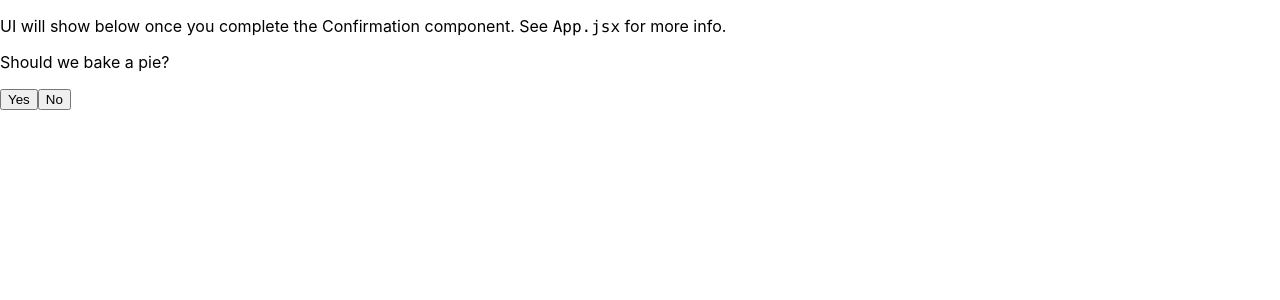
Repository: ahmadsaadkhan/wavesurfer-testproject
Page: /
The author's editor kept a copy of each file at every save. The page is drawn from the files as they stood at one save, then again after the next save.
The browser window is 1280 px wide. The pictures show the whole page.
The project was rebuilt for these pictures with package versions that can differ from the ones it lists, and the page was loaded fresh each time. Also part of the build but not shown: src/components/Notification.js.

Above is the page before, as saved 2022-02-19 18:30:22.

### src/index.css
body {
    margin: 0;
    font-family: -apple-system, BlinkMacSystemFont, 'Segoe UI', 'Roboto', 'Oxygen', 'Ubuntu', 'Cantarell', 'Fira Sans', 'Droid Sans', 'Helvetica Neue', sans-serif;
    -webkit-font-smoothing: antialiased;
    -moz-osx-font-smoothing: grayscale;
}

code {
    font-family: source-code-pro, Menlo, Monaco, Consolas, 'Courier New', monospace;
}

.container {
    margin: 12px;
}

### src/App.js
import React from "react";
import ReactDOM from "react-dom";
import Confirmation from "./components/Confirmation";

/* Changes made to this file will not affect your tests.
 * This file is used to control the behavior of the web preview.
*/
const App = props => (
  <div id="app">
    <p>
      UI will show below once you complete the Confirmation component. See <code>App.jsx</code> for more info.
    </p>
    <Confirmation
      message='Is the pie a lie?'
      type='message'
      accept={() =>
        console.log("accepted") // prints to browser console
      }
      decline={() => console.log("declined")}
    />
  </div>
);

export default App;

### src/components/confirmation.js
import React from "react";
import Notification from "./Notification";

const Confirmation = () => {
    return (
        <div class="alert alert-info">
            <p>Should we bake a pie?</p>
            <button class="btn btn-primary">Yes</button>
            <button class="btn btn-danger">No</button>
        </div>
    )
};

export default Confirmation;

Loaded but not shown: public/index.html (common file); src/index.js (common file)

After the next save:
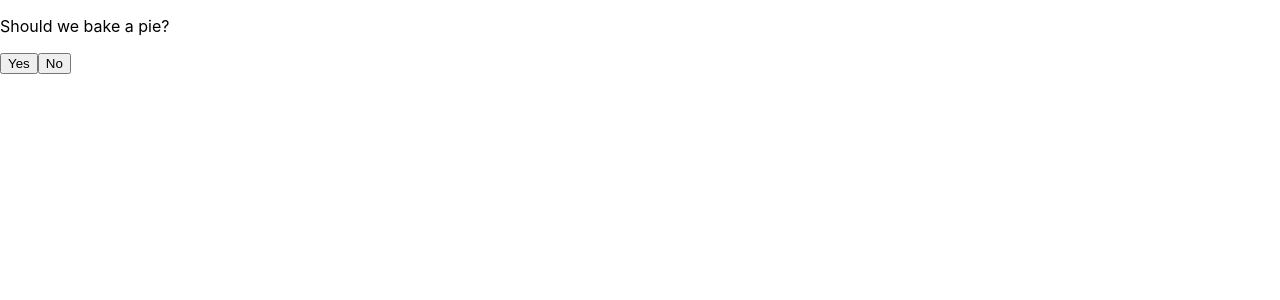
Saved 21 s later.
--- a/src/App.js
+++ b/src/App.js
@@ -7,9 +7,6 @@ import Confirmation from "./components/Confirmation";
 */
 const App = props => (
   <div id="app">
-    <p>
-      UI will show below once you complete the Confirmation component. See <code>App.jsx</code> for more info.
-    </p>
     <Confirmation
       message='Is the pie a lie?'
       type='message'
